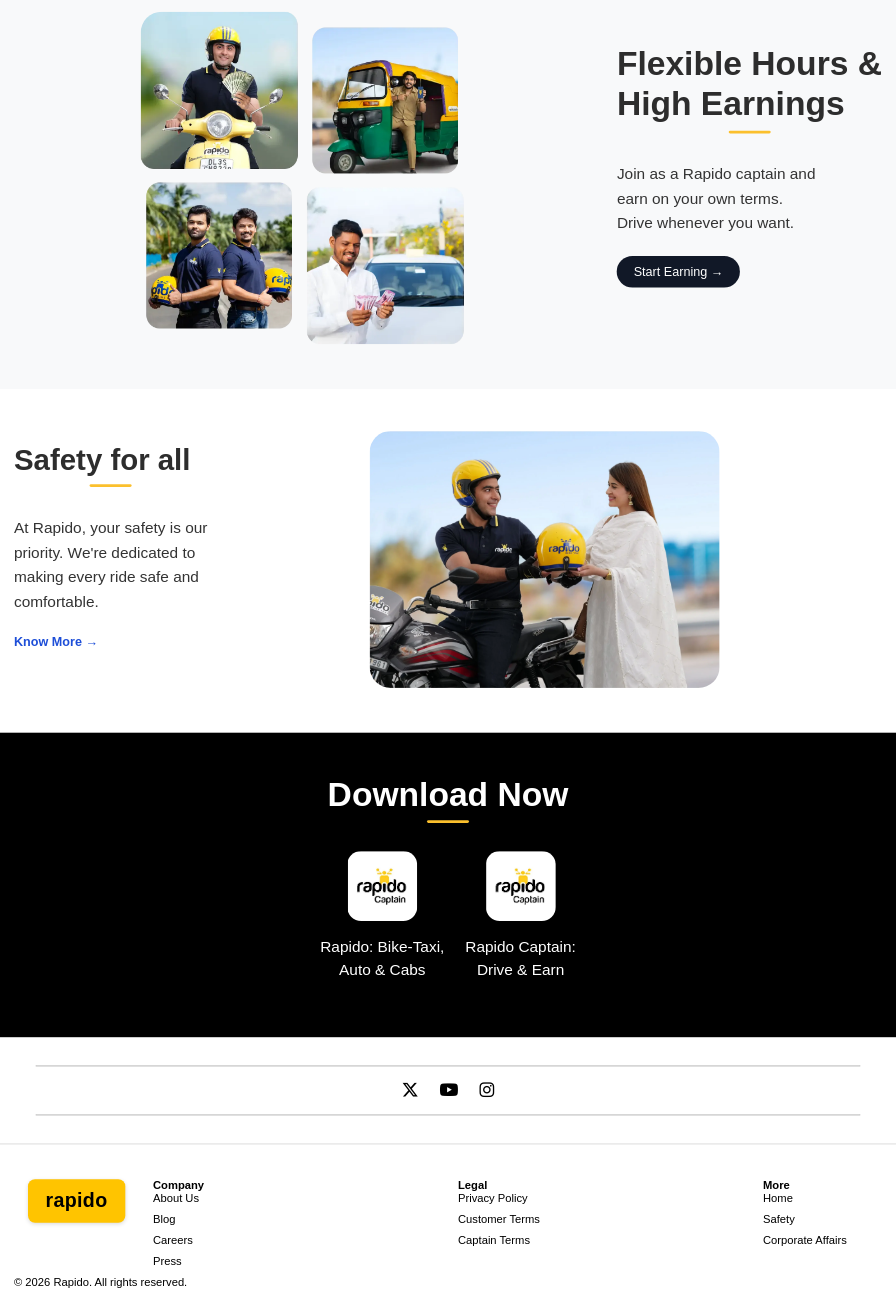
Repository: Rahul70079/Rapido-Clone---Bike-Taxi-App-UI
Page: index.html
The author's editor kept a copy of each file at every save. The page is drawn from the files as they stood at one save, then again after a run of saves.
The browser window is 1280 px wide. The pictures show the part of the page from y = 2034 to 3954 px (the page is 3895 px tall before and 3954 px after), at 70% of full size.

Above is the page before, as saved 2026-03-09 20:52:42.

After the next 2 saves:
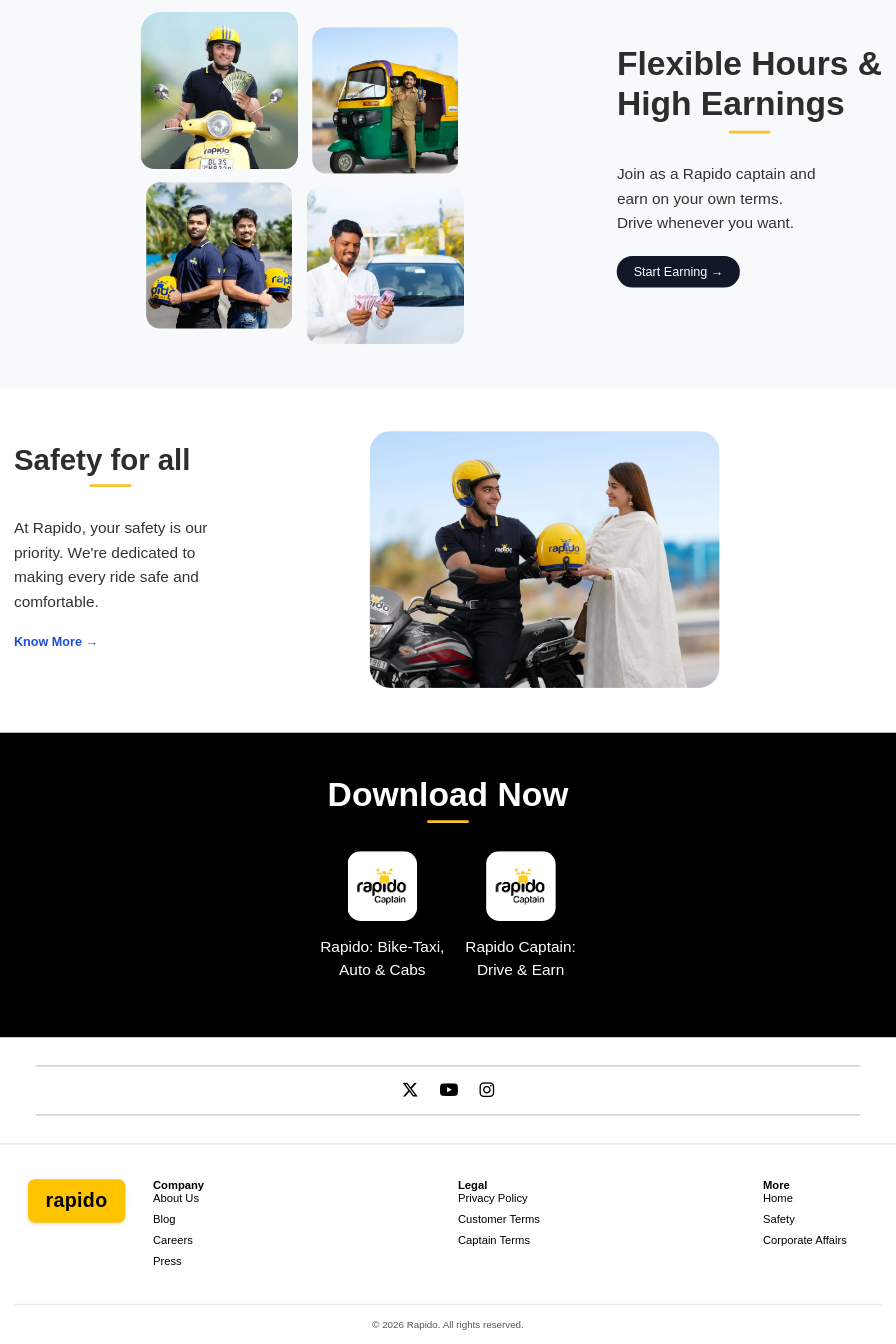
The 2 saves are shown as one change because they came seconds apart.
The last was saved 36 s later.
--- a/styles.css
+++ b/styles.css
@@ -501,6 +501,15 @@
   .footer-links ul li a:hover {
     color: #fbc02d;
   }
+
+  .footer-bottom {
+  text-align: center;
+  border-top: 1px solid #ddd;
+  margin-top: 40px;
+  padding-top: 20px;
+  font-size: 14px;
+  color: #555;
+}
 
   /* Responsive Styles */
   @media (max-width: 768px) {
